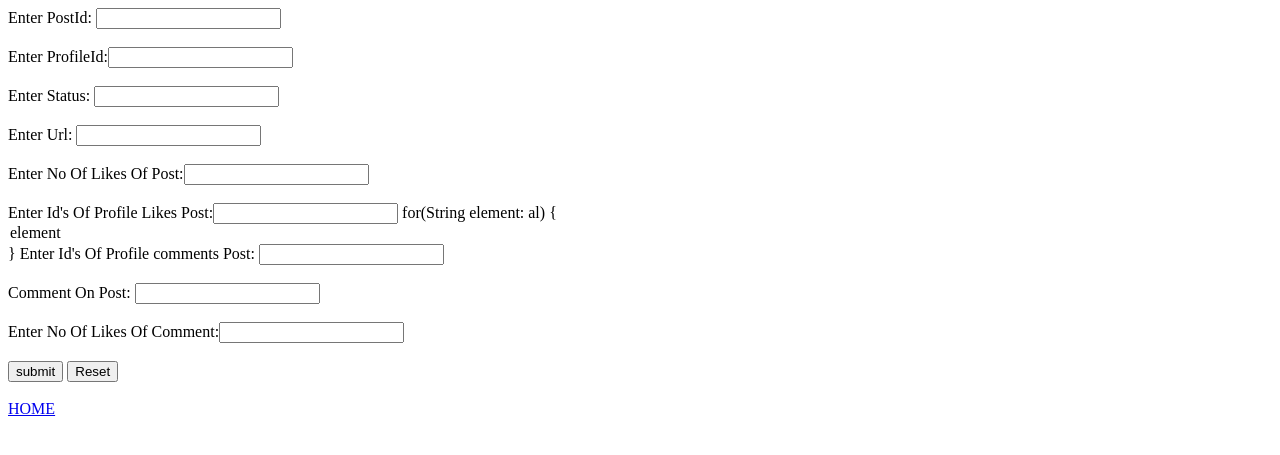
Repository: deepikabachhav/Ally-World-Post
Page: http://localhost/website/WEB-INF/jsp/AddPostForm.jsp
These files come from the project's save history. The page is drawn as it stood at one moment and after the next save; the edit follows.
The browser window is 1280 px wide. The pictures show the whole page.
The page is served by Tomcat 9. Nobody is signed in. The template is opened directly, without the code that normally fills it, so the values that code supplies are empty.

Above is the page before, as saved 2019-02-13 07:15:40.

After the next save:
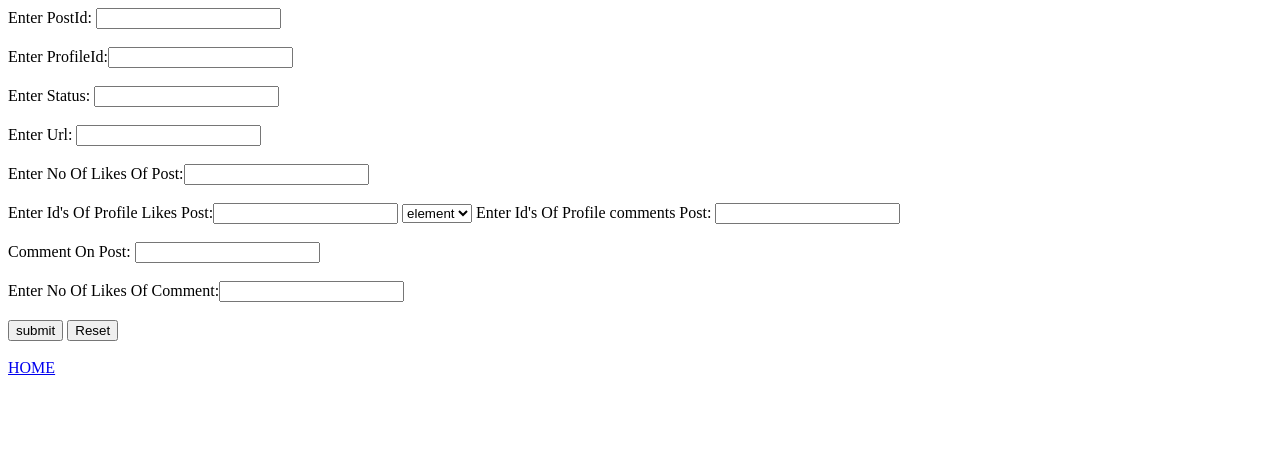
Saved 12 s later.
--- a/website/src/main/webapp/WEB-INF/jsp/AddPostForm.jsp
+++ b/website/src/main/webapp/WEB-INF/jsp/AddPostForm.jsp
@@ -15,7 +15,7 @@
 		Enter Url: <input type="url" name="url"/> <br /> <br />
 		Enter No Of Likes Of Post:<input type="number" name="likes"> <br /> <br />
 
-		Enter Id's Of Profile Likes Post:<input type="List<Integer> al=new ArrayList<Integer>(); "
+		Enter Id's Of Profile Likes Post:<input type="List<Integer> al=new ArrayList<Integer>(); " >
 		<select>
  			 for(String element: al) {
   					 <option value="element">element</option>
